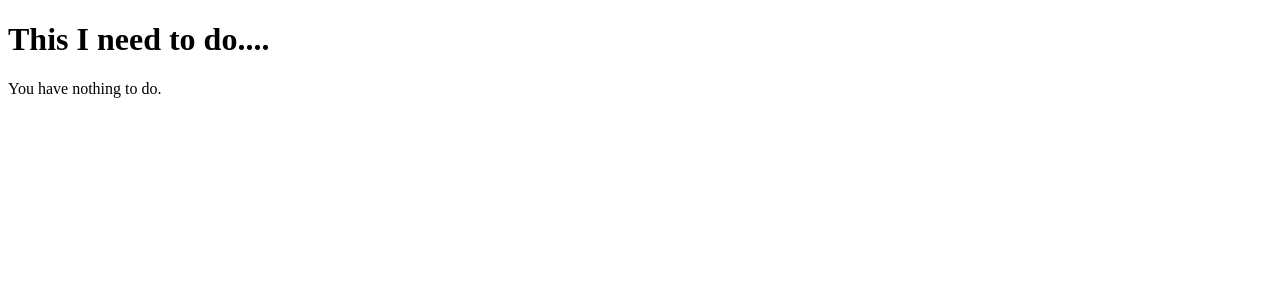
Repository: JayPeaa/django_todo
Page: http://localhost/
The author's editor kept a record of every edit. The page is drawn from the files as they stood at one moment, then again after the next edit.
The browser window is 1280 px wide. The pictures show the whole page.
The page is served by the project's application, run on Django 2.2 (manage.py). Queries for data that is not in the repository find no rows.

Above is the page before.

After the next edit:
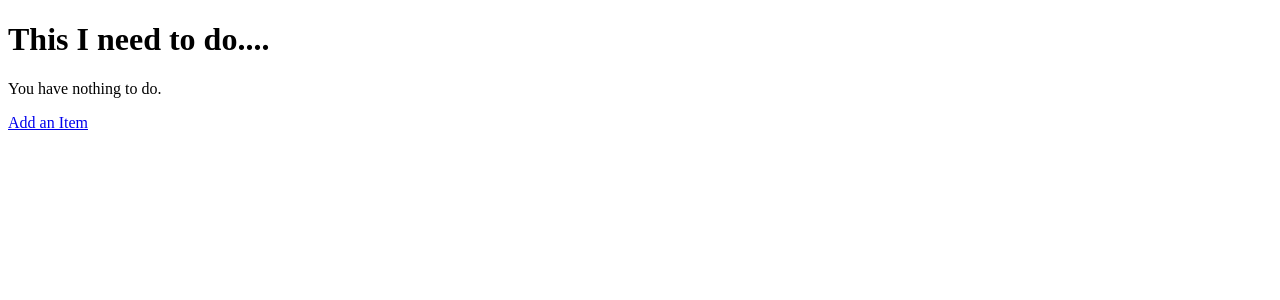
The edit:
--- a/todo2/templates/todo2_list.html
+++ b/todo2/templates/todo2_list.html
@@ -23,5 +23,7 @@
         {% endfor %}
     </table>
 
+    <a href="add">Add an Item</a>
+
 </body>
 </html>
